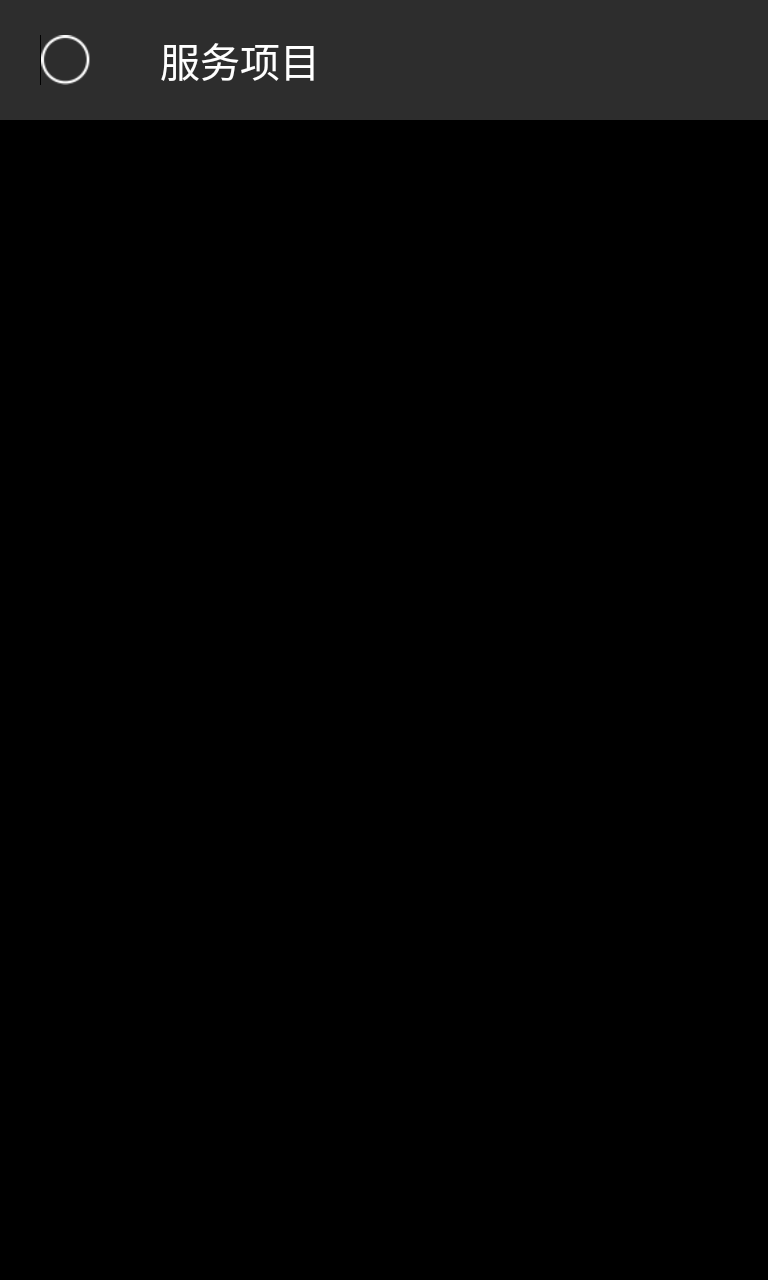
Repository: appleseedez/rongmeme-android
Layout: rmm/res/layout/star_small_item_custom.xml
These files come from the project's save history. The layout is drawn as it stood at one moment and after the next save; the edit follows.
It is drawn on a 768 x 1280 px phone screen (xhdpi) without system bars, with theme AppTheme; the app's code is not run.

Above is the layout before, as saved 2014-07-02 13:14:13.

After the next save:
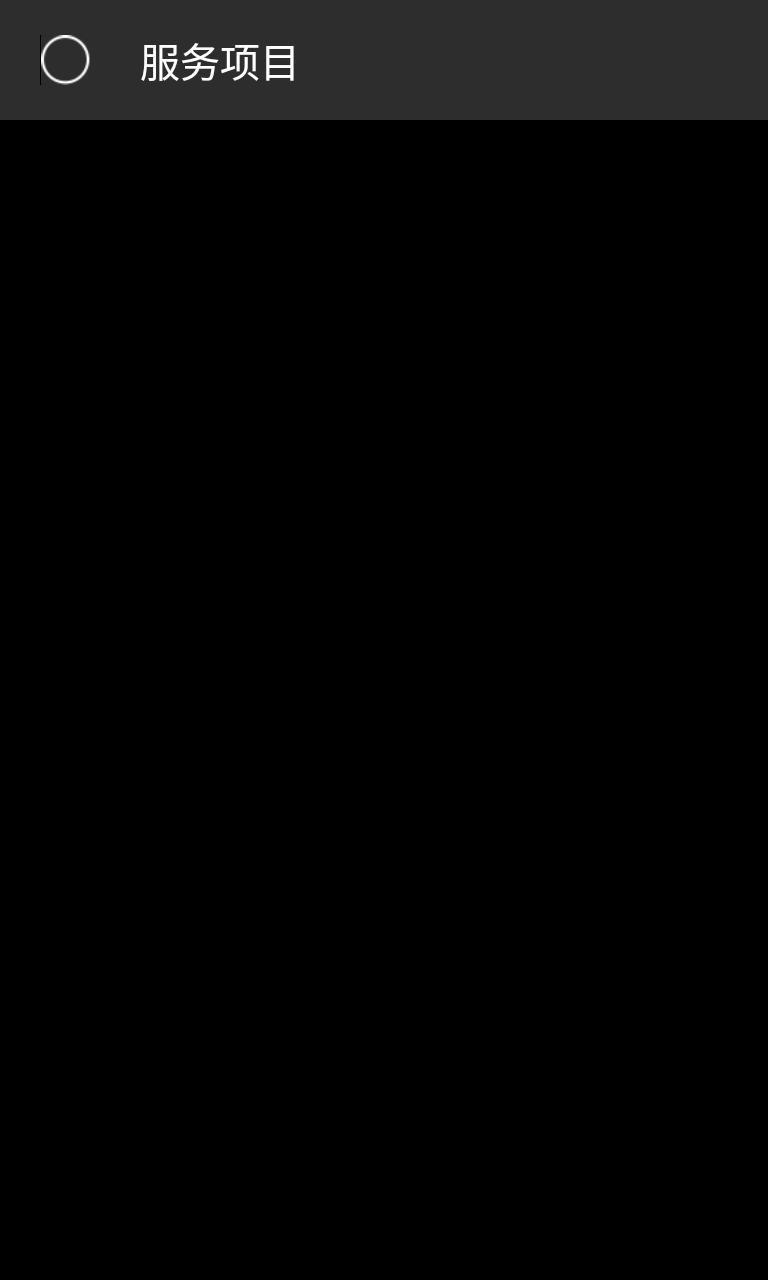
Saved 60 s later.
--- a/rmm/res/layout/star_small_item_custom.xml
+++ b/rmm/res/layout/star_small_item_custom.xml
@@ -27,7 +27,7 @@
             android:layout_height="wrap_content"
             android:layout_alignParentRight="true"
             android:layout_centerVertical="true"
-            android:layout_marginLeft="20dp"
+            android:layout_marginLeft="10dp"
             android:layout_toRightOf="@id/ssic_small_category_checkbox_imageButton"
             android:singleLine="true"
             android:text="@string/ssia_small_category_name_title_text"
